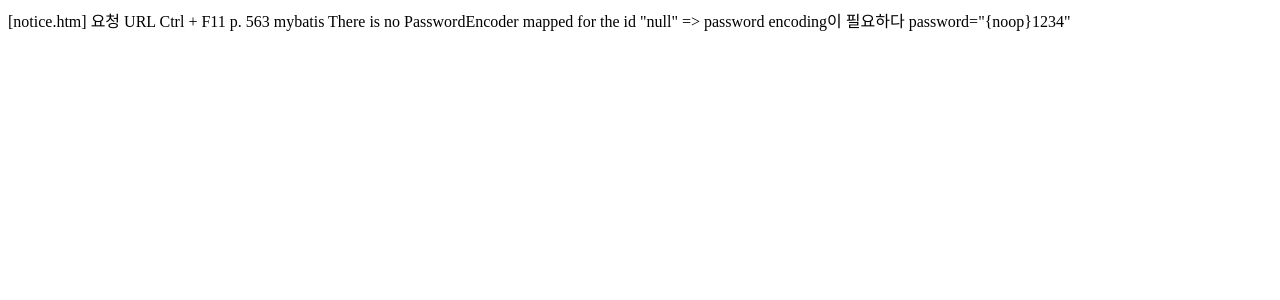
Repository: Vida0822/-
Page: SL11_SECURITY/src/main/webapp/customer/notice.htm
An editor plug-in stored every save of this project. The page is shown before and after the next save, followed by the edit.
The browser window is 1280 px wide. The pictures show the whole page.

Above is the page before, as saved 2023-07-04 01:49:28.

### SL11_SECURITY/src/main/webapp/customer/notice.htm
[notice.htm] 요청 URL
Ctrl + F11

p. 563 mybatis



There is no PasswordEncoder mapped for the id "null"
=> password encoding이 필요하다

password="{noop}1234"

After the next save:
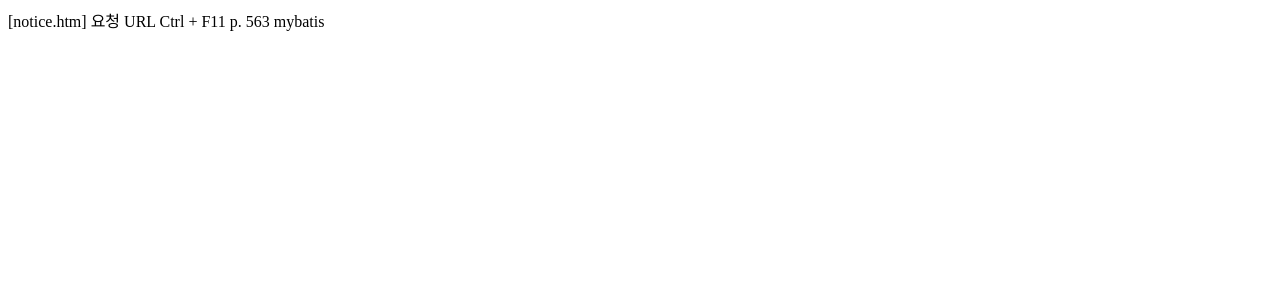
Saved 26 s later.
--- a/SL11_SECURITY/src/main/webapp/customer/notice.htm
+++ b/SL11_SECURITY/src/main/webapp/customer/notice.htm
@@ -2,10 +2,3 @@
 Ctrl + F11
 
 p. 563 mybatis
-
-
-
-There is no PasswordEncoder mapped for the id "null"
-=> password encoding이 필요하다
-
-password="{noop}1234"
